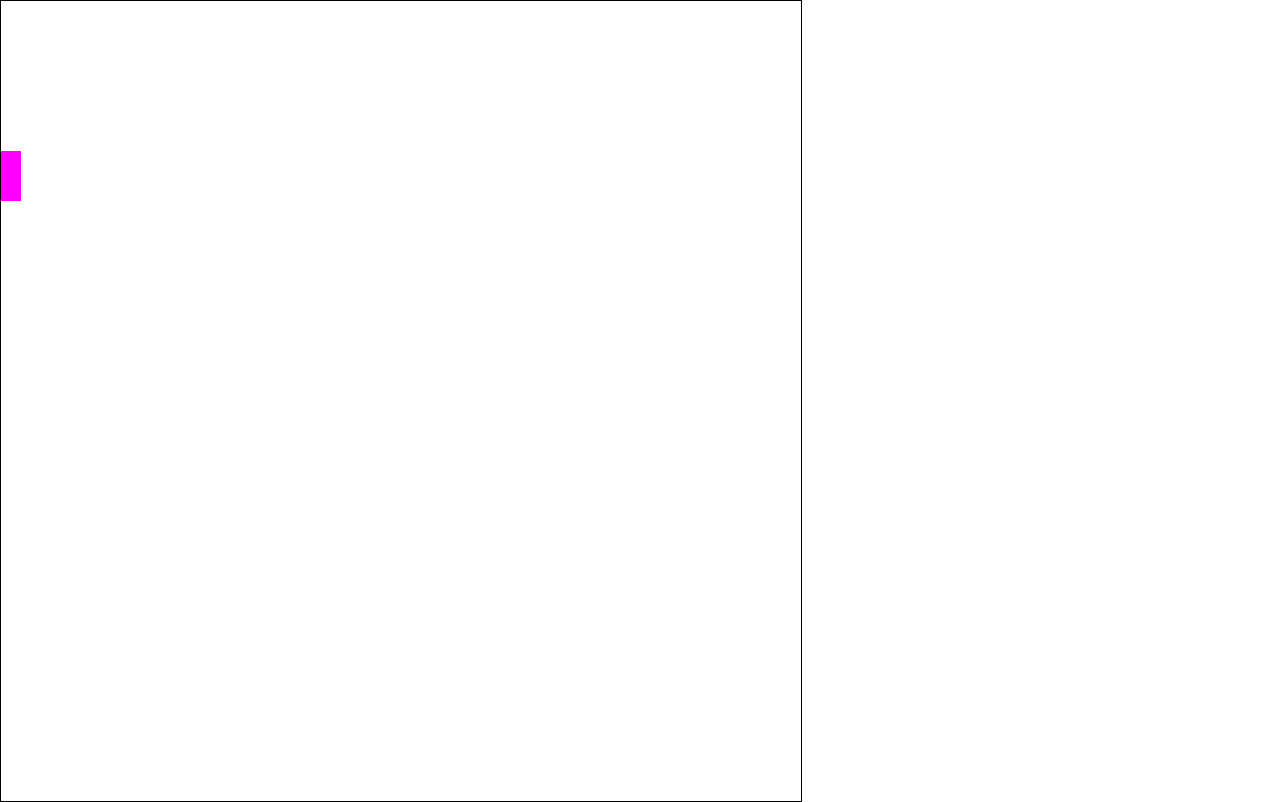
Repository: thecptwaffles/bad-game
Page: index.html
An editor plug-in stored every save of this project. The page is shown before and after the next save, followed by the edit.
The browser window is 1280 px wide. The pictures show the whole page.

Above is the page before, as saved 2022-02-05 07:21:14.

### index.html
<!DOCTYPE html>
<html lang="en" onkeydown="jump()">

<head>
    <meta charset="UTF-8">
    <meta http-equiv="X-UA-Compatible" content="IE=edge">
    <meta name="viewport" content="width=device-width, initial-scale=1.0">
    <title>Jump</title>
    <link rel="stylesheet" href="style.css">
</head>

<body>
    <div id="game">
        <div id="Steve"></div>
        <div id="block"></div>
    </div>
</body>
<script src="./index.js"></script>

</html>

### style.css
* {
    padding: 0;
    margin: 0;
}

#game {
    width: 800px;
    height: 800px;
    border: 1px solid black;
}

#Steve {
    width: 20px;
    height: 50px;
    background-color: magenta;
    position: relative;
    top: 150px;
}

.animate {
    animation: jump 500ms;
}

@keyframes jump {
    0%{
        top: 150px;
    }

    30% {
        top: 100px;
    }

    70% {
        top: 100px;
    }

    100% {
        top: 150px;
    }
}

#block {
    width: 20px;
    height: 20px;
    background-color: aquamarine;
    position: relative;
    top: 130px;
    left: 480px;
    animation: block 1s infinite linear;
}

@keyframes block {
    0%{
        left: 480px;
    }

    100%{
        left: -40px;
    }
}

### index.js
var Steve = document.getElementById('Steve');
var block = document.getElementById('block');

function jump(){
    if(Steve.classList !='animate'){
        Steve.classList.add('animate');
    }
    Steve.classList.add('animate');
    setTimeout(function(){
        Steve.classList.remove('animate');
    },500)
}

var checkDead = setInterval(function(){
    var steveTop = parseInt(window.getComputedStyle(Steve).getPropertyValue('top'));

    var blockLeft = parseInt(window.getComputedStyle(block).getPropertyValue('left'));

    if(blockLeft<20 && blockLeft>0 && steveTop >= 130) {
        block.style.animation = 'none';
        block.style.display = 'none';
        if(alert('You Lose :(')){}
else    window.location.reload();
    }
},10)

After the next save:
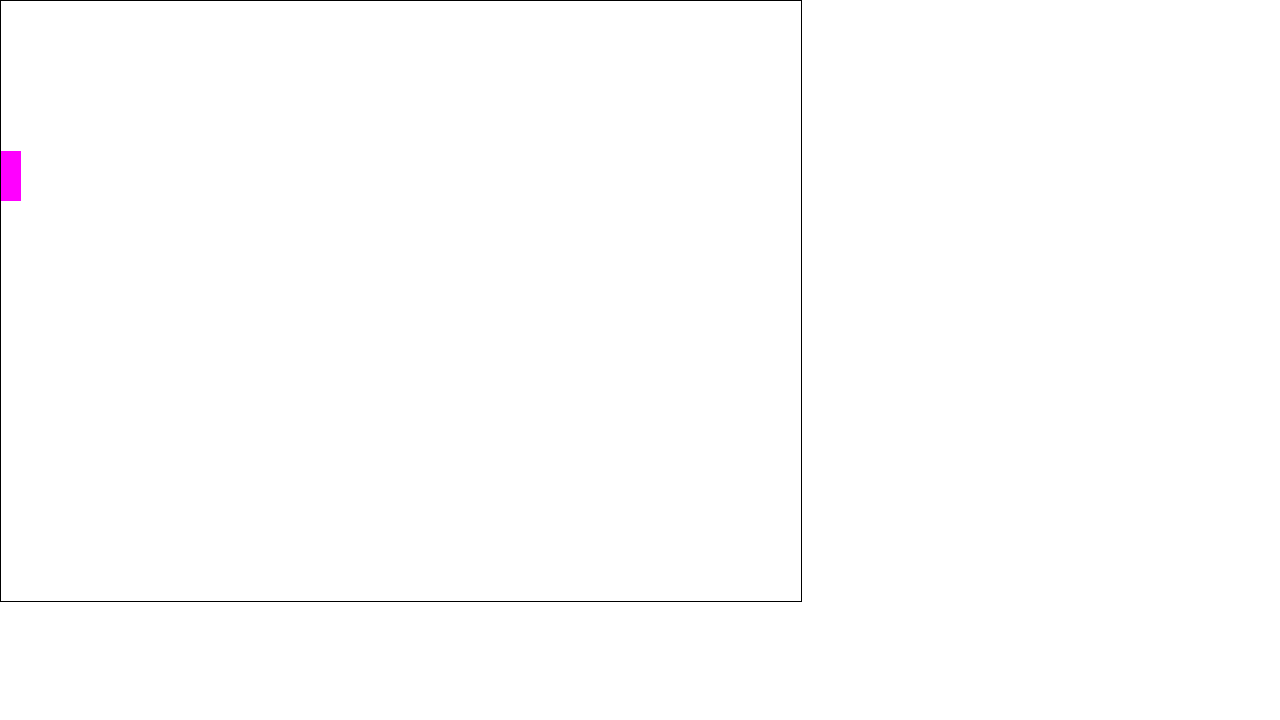
Saved 31 s later.
--- a/style.css
+++ b/style.css
@@ -5,7 +5,7 @@
 
 #game {
     width: 800px;
-    height: 800px;
+    height: 600px;
     border: 1px solid black;
 }
 
